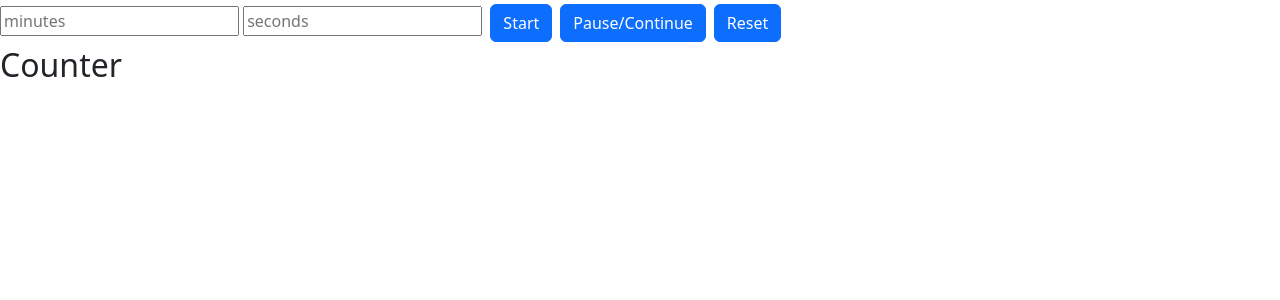
Repository: maheshdama13/reactjs-count-down
Page: /
The author's editor kept a copy of each file at every save. The page is drawn from the files as they stood at one save, then again after the next save.
The browser window is 1280 px wide. The pictures show the whole page.
The project was rebuilt for these pictures with package versions that can differ from the ones it lists, and the page was loaded fresh each time. Also part of the build but not shown: src/App.css.

Above is the page before, as saved 2022-07-01 01:32:40.

After the next save:
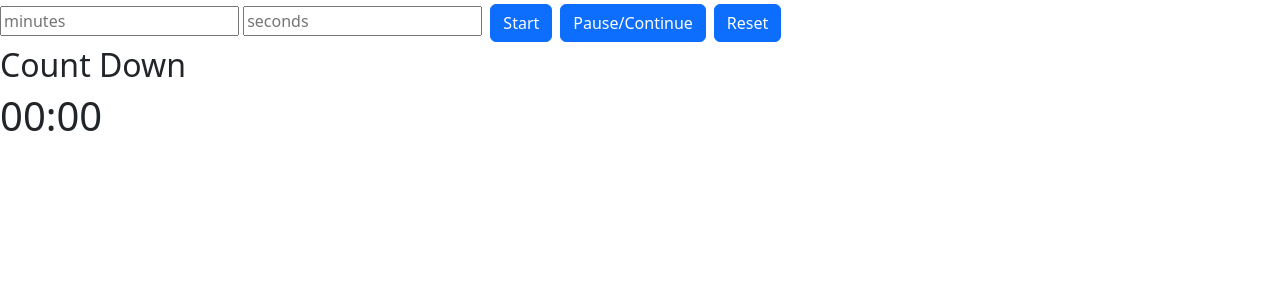
Saved 17 s later.
--- a/src/components/CountDown.js
+++ b/src/components/CountDown.js
@@ -8,7 +8,8 @@
       <button className='btn btn-primary m-1'>Start</button>
       <button className='btn btn-primary m-1'>Pause/Continue</button>
       <button className='btn btn-primary m-1'>Reset</button>
-      <h2>Counter</h2>
+      <h2>Count Down</h2>
+      <h1>00:00</h1>
     </div>
   )
 }
